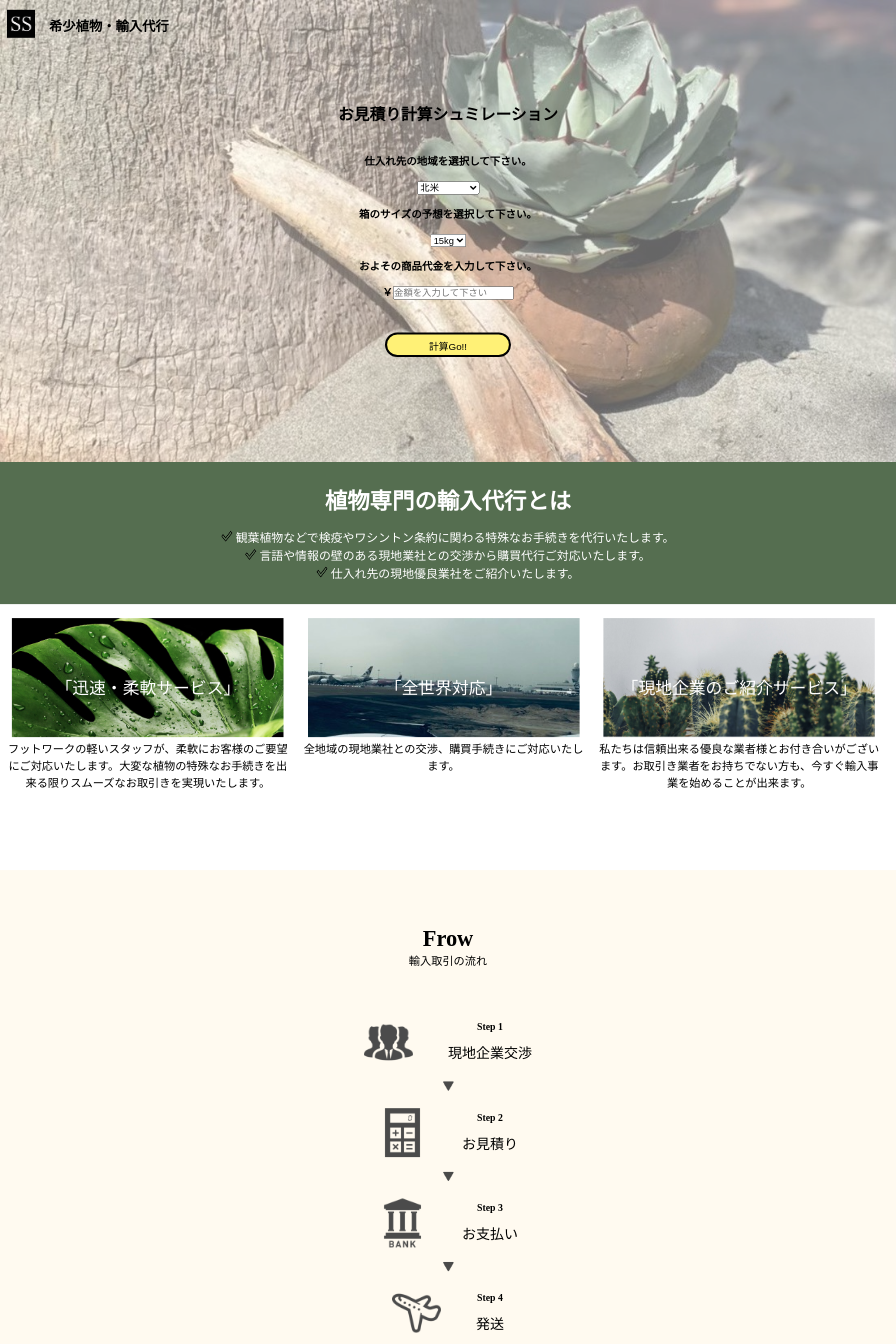
Repository: Seiya00002/seeds-surf-lp
Page: index.html
These files come from the project's save history. The page is drawn as it stood at one moment and after the next save; the edit follows.
The browser window is 1280 px wide. The pictures show the part of the page from y = 0 to 1920 px (the page is 4263 px tall), at 70% of full size.

Above is the page before, as saved 2023-07-19 08:17:41.

### index.html
<!DOCTYPE html>
<html lang="ja">
<head>
    <meta charset="UTF-8">
    <meta http-equiv="X-UA-Compatible" content="IE=edge">
    <meta name="viewport" content="width=device-width, initial-scale=1.0">
    <title>輸入代行SEEDS SURF</title>
    <link rel="stylesheet" href="css/style.css">
</head>
<body>
    <header>
        <div class="header_left">
            <img src="img/sslogo.jpg"
                alt="logo"
                width="40"
                height="40"
                class="logo">
            <h1>希少植物・輸入代行</h1>

        </div>
        <!-- <div class="header_right">
            <img src="img/tel_logo.png"
                alt="tel_logo"
                width="35"
                height="35"
                class="tel_logo">
            <div class="header_contact">
                <h2>090-3048-2693</h2>
                <p>（平日9:00 ~ 18:00）</p>
            </div>
        </div> -->
    </header>

    <main>
        <div class="top_wrapper">
            <div class="container">
                <div class="hero_message">
                    <div class="calculation-app">
                        <h2>お見積り計算シュミレーション</h2>

                            <p>仕入れ先の地域を選択して下さい。</p>
                            <form name="form1">
                                <select name="place">
                                    <option value="1.3">北米</option>
                                    <option value="1.2">ヨーロッパ</option>
                                    <option value="1">アジア</option>
                                </select>
                            </form>

                            <p>箱のサイズの予想を選択して下さい。</p>
                            <form name="form2">
                                <select name="box">
                                    <option value="18350">15kg</option>
                                    <option value="13350">10kg</option>
                                    <option value="8150">5kg</option>
                                </select>
                            </form>
                            <p>およその商品代金を入力して下さい。</p>
                            <label>￥</label><input
                            type="text"
                            id="price"
                            value=""
                            placeholder="金額を入力して下さい"
                            maxlength="7"
                            size="19"
                            ></label>

                            <br>
                            <br>
                            <div class="btn-box">
                                <button id="button">計算Go!!</button>
                            </div>
                    </div>
                </div>
            </div>
        </div>


        <!-- 見積り表 -->
    <div id="estimate_table" class="estimate_wrapper">
        <div class="container">
            <h3>予想お見積り表</h3>
            <table align="center" class="estimate">
                <tr>
                    <th>商品代金</th>
                    <td>¥<span id="span2"></span></td>
                </tr>
                <tr>
                    <th>検疫手数料</th>
                    <td>¥<span id="span3"></span></td>
                </tr>
                <tr>
                    <th>送料</th>
                    <td>¥<span id="span4"></span></td>
                </tr>
                <tr>
                    <th>弊社代行手数料</th>
                    <td>¥<span id="span5"></span></td>
                </tr>
                <tr>
                    <th>海外送金手数料</th>
                    <td>¥<span id="span6"></span></td>
                </tr>
                <tr>
                    <th>税金</th>
                    <td>¥<span id="span7"></span></td>
                </tr>
                <tr>
                  <th class="total">合計</th>
                  <th class="total">¥<span id="span1"></span></th>
              </tr>
            </table>
            <h4>詳しくは下記の「Cost」欄をご覧下さい。</h4>
        </div>
    </div>
        <div class="top_message">
            <div class="container">
                <div class="message">
                    <h1>植物専門の輸入代行とは</h1>
                    <p><img class="check" src="./img/check_icon.png"> 観葉植物などで検疫やワシントン条約に関わる特殊なお手続きを代行いたします。
                        <br><img class="check" src="./img/check_icon.png"> 言語や情報の壁のある現地業社との交渉から購買代行ご対応いたします。
                        <br><img class="check" src="./img/check_icon.png"> 仕入れ先の現地優良業社をご紹介いたします。
                    </p>

                </div>
            </div>
        </div>

        <div class="project_wrapper">
            <div class="container">
                <div class="projects">
                    <div class="project">
                        <div class="project_icon">
                            <img src="img/project_imag1.jpg">
                            <h2>「迅速・柔軟サービス」</h2>
                        </div>
                        <p class="text_contents">フットワークの軽いスタッフが、柔軟にお客様のご要望にご対応いたします。大変な植物の特殊なお手続きを出来る限りスムーズなお取引きを実現いたします。</p>

                    </div>
                    <div class="project">
                        <div class="project_icon">
                            <img src="img/pro_airport.jpg">
                            <h2>「全世界対応」</h2>
                        </div>
                        <p class="text_contents">全地域の現地業社との交渉、購買手続きにご対応いたします。</p>

                    </div>
                    <div class="project">
                        <div class="project_icon">
                            <img src="img/project_img3.jpg">
                            <h2>「現地企業のご紹介サービス」</h2>
                        </div>
                        <p class="text_contents">私たちは信頼出来る優良な業者様とお付き合いがございます。お取引き業者をお持ちでない方も、今すぐ輸入事業を始めることが出来ます。</p>
                    </div>
                        <div class="clear"></div>

                </div>
            </div>
        </div>
        <div class="service_wrapper">
            <div class="container">
                <div class="service_heading">
                    <h1>Frow</h1>
                    <p>輸入取引の流れ</p>
                </div>
                <div class="step">
                    <img src="img/person_img.png"
                    class="step_icon">
                    <div class="step_cont">
                        <h2>Step 1</h2>
                        <p>現地企業交渉</p>
                    </div>
                </div>
                <img src="img/down_img.png" class="step_icon2">

                <div class="step">
                    <img src="img/cal_img.png"
                    class="step_icon">
                    <div class="step_cont">
                        <h2>Step 2</h2>
                        <p>お見積り</p>
                    </div>
                </div>
                <img src="img/down_img.png" class="step_icon2">

                <div class="step">
                    <img src="img/bank_img.png"
                    class="step_icon">
                    <div class="step_cont">
                        <h2>Step 3</h2>
                        <p>お支払い</p>
                    </div>
                </div>
                <img src="img/down_img.png" class="step_icon2">
                <div class="step">
                    <img src="img/airp_imag.png"
                    class="step_icon">
                    <div class="step_cont">
                        <h2>Step 4</h2>
                        <p>発送</p>
                    </div>
                </div>
                <img src="img/down_img.png" class="step_icon2">
                <div class="step">
                    <img src="img/drivery_img.png"
                    class="step_icon">
                    <div class="step_cont">
                        <h2>Step 5</h2>
                        <p>お受取り</p>
                    </div>
                </div>
            </div>
        </div>

        <!-- スライドショー -->
        <div class="slide_wrapper">
            <div id="slide" class="slideshow">
                <p class="disc">SEEDS SURF</p>
                <a class="arrow next" id="right" href="#"></a>
                <a class="arrow back" id="left" href="#"></a>
            </div>
        </div>

        <div class="cost_wrapper">
            <div class="container">
                <div class="cost_heading">
                    <h1>Cost</h1>
                    <p>料金について</p>
                </div>
                <div class="cost_cont">
                    <div class="list01">
                        <p>商品代金</p>
                    </div>
                    <div class="list01">
                        <p>検疫手数料</p>
                    </div>
                    <div class="list01">
                        <p>輸送費用</p>
                    </div>
                    <div class="list02">
                        <p>税金</p>
                    </div>
                    <div class="list02">
                        <p>振込手数料</p>
                    </div>
                    <div class="list02">
                        <p>輸入代行手数料</p>
                    </div>
                    <!-- <div class="clear"></div> -->
                </div>
                <div class="cost_message">
                    <h1>総額を確認してから、ご依頼をお決めいただけます。</h1>
                    <p>SEEDS SURFでの過去の取引よりお見積り例をご案内できますので、まずはお気軽にご相談下さい。</p>
                </div>
            </div>
        </div>
        <div class="contact_wrapper">
            <div class="container">
                <h1>ご不明な点はありますか？</h1>
                <p>些細なことでも構いません。まずはお問い合わせください。</p>
                <a href="https://seeds-surf.com/%e3%81%8a%e5%95%8f%e3%81%84%e5%90%88%e3%82%8f%e3%81%9b/" class="btn contact">お問い合わせはこちら</a>
                <!-- <h2>TEL : 090-3048-2693</h2> -->
                <!-- <p>メールフォームよりお問い合わせ下さい。<br>営業時間：平日10：00〜19：00</p> -->
            </div>
        </div>
        <div class="company_wrapper">
            <div class="container">
                <h1>Company</h1>
                <p>会社概要</p>
                <table align="center" class="company">
                    <tr>
                        <th>会社名</th>
                        <td>SEEDS SURF（シーズサーフ）</td>
                    </tr>
                    <tr>
                        <th>所在地</th>
                        <td>〒156-0055 東京都世田谷区船橋2-5-7-211</td>
                    </tr>
                    <tr>
                        <th>電話番号</th>
                        <td>090-3048-2693</td>
                    </tr>
                    <tr>
                        <th>代表者</th>
                        <td>松本　聖矢</td>
                    </tr>
                    <tr>
                        <th>設立</th>
                        <td>2019年3月</td>
                    </tr>
                </table>
            </div>
        </div>


    </main>

    <footer>
        <div class="container">
                <img src="img/sslogo.jpg"
                    alt="logo"
                    width="40"
                    height="40"
                    class="logo">
                <h1>SEEDS SURF</h1>
                <p>〒156-0055 東京都世田谷区船橋2-5-7-211</p>
                <hr color="gray">
                <small>(c) SEEDS SURF All right reserved</small>
        </div>
    </footer>

    <script src="./app.js"></script>
</body>
</html>

### css/style.css
/* all */
*{
    box-sizing: border-box;
    margin: 0;
    padding: 0;
}

h1 {
    font-family: 'Times New Roman', Times, serif;

}

h2 ,h3 ,p {
    font-family: 'Hiragino Sans';

}
/* header */

header {
    height: 70px;
    display: flex;
    align-items: center;
    position: absolute;
}

.header_left {
    display: flex;
}

.header_right {
    display: flex;
    margin: 0 0 0 auto;
}

.logo {
    margin: 10px 10px;
}

.tel_logo {
    margin: 20px 10px;
}

header h1 {
    font-size: 19px;
    padding: 18px 10px;
}

header h2 {
    font-size: 21px;
    padding: 15px 10px 0 0;
}

header p {
    padding-bottom: 10px;
}
.container {
    text-align: center;
    width: 100%;
}

/* main */

/* top */
.top_wrapper {
    background-image: url(../img/cream-spike.jpg);
    color: white;
    background-size: cover;
    width: 100%;
    height: auto;
}

.hero_message {
    font-size: 15px;
    color: black;
    height: 660px;
    min-width:100%;
    font-weight: bold;
    display: flex;
    justify-content: center;
    align-items: center;
    line-height: 2.5em;
    background: rgb(255, 255, 255,0.4);
}
.hero_message h2 {
    padding-bottom: 30px;
}

.top_message {
    background-color: rgb(85, 110, 80);
    color: white;
    padding: 30px 0;
}

.top_message p {
    padding-top: 20px;
    font-size: 17px;
    line-height: 1.6rem;
}

.check {
    width: 16px;
    height: 16px;
}

/* project_wrapper */
.project_wrapper {
    margin-bottom: 80px;
}

.project {
    float: left;
    width: 33%;
    padding: 20px 10px 20px 10px;
    height: 300px;

}

.project_icon {
    position: relative;

}

.project_icon h2 {
    position: absolute;
    top: 80px;
    width: 100%;
    color: white;
    font-weight: normal;

}

/* 要修正 */

@media (max-width: 1000px) {
    .project {
        width: 50%;
    }
}

@media (max-width: 670px) {
    .project {
        width: 100%;
    }
}

.clear {
    clear: left;
}

/* service_wrapper */
.service_wrapper {
    background-color: #fffaf0;
    padding: 80px 0;
}

.service_heading {
padding-bottom: 50px;
}

.step {
    display: flex;
    justify-content: center;
    align-items: center;
    padding: 20px 0;

}

.step_cont {
    padding-left: 50px;
}

.step_icon {
    width: 70px;
    height: 70px;

}

.step_icon2 {
    width: 15px;
    height: 15px;

}

.step h2 {
    font-size: 14px;
}

.step p {
    font-size: 20px;
    padding-top: 13px;
}

/* cost_wrapper */
.cost_wrapper {
    padding: 80px 0;
}

.cost_cont {
    padding-top: 50px;
    width: 650px;
    margin: 0 auto;
    flex-wrap: wrap;
    display: flex;

}


.list01 {
    background-color: black;
    width: 180px;
    height: 50px;
    color: white;
    margin: 20px 15px;
    justify-content: center;
    padding-top: 12px;

}

.list02 {
    background-color: black;
    width: 180px;
    height: 50px;
    color: white;
    margin: 20px 15px;
    justify-content: center;
    padding-top: 12px;


}

@media (max-width: 670px) {
    .cost_cont h2 {
        width: 50%;
    }
}

/* contact_wrapper */
.contact_wrapper {
    background-image: url(../img/sky&office_img.jpeg);
    padding: 80px 0;
    background-size: cover;
    text-shadow: 6px 6px 10px white, -6px -6px 10px white;
    font-weight: 530;
}


.contact_wrapper p {
    padding:8px 0 35px 0;
}

.btn {
    width: 180px;
    height: 35px;
    padding: 13px;
    font-size: 14px;
    color: black;
    background-color:#fff176;
    border: black solid;
    border-radius: 24px;
    user-select: none;
    cursor: pointer;
    text-decoration: none;
}

.btn:hover {
    opacity: .7;
}

.contact_wrapper h2 {
    padding-top: 35px;
}

/* company_wrapper */
.company_wrapper {
    padding: 80px 0;
    background-color: #fffaf0;

}

.company_wrapper p {
    padding-bottom: 20px;
}

table.company {
    border-collapse: collapse;
    width: 600px;
    background-color: white;
    margin: auto;
}

th, td {
    border: solid 1px #333;
    padding: 20px;
}

.company th,td {
    text-align: left;
}


/* footer */

footer {
    background-color: rgb(85, 110, 80);
    color: black;
    padding-bottom: 10px;

}

footer h1 {
    font-size: 17px;
}

footer p {
    font-size: 12px;
    padding-bottom: 10px;
}
small {
    font-size: 7px;

}


/* slideshow 追加 */
.slide_wrapper{
    max-width: 1200px;
    height: 600px;
    margin: auto;
    text-align: center;
}
/*画像配置*/
.slideshow{
    max-width: 100%;
    height: 100%;
    background-image: url(../img/import-img1.jpg);
    background-repeat: no-repeat;
    background-size: cover;
    background-position: 0% 50%;/*左 中央のよせ*/
}
/*文字*/
.disc{
    margin: auto;
    text-align: center;
    font-size: 3em;
    color: #ffffff;
    font-weight: 800;
    padding-top:5%;
}
/*>*/
.next{
    float: right;
    top: 160px;
    right: 50px;
}
/*<*/
.back{
    float: left;
    top: 160px;
    bottom: 0px;
    left: 30px;
}
/*矢印のデザイン*/
.arrow{
    position: relative;
    display: inline-block;
    padding: 0 0 0 16px;
    color: #000;
    vertical-align: middle;
    text-decoration: none;
    font-size: 15px;
}
.arrow::before,
.arrow::after{
    position: absolute;
    top: 0;
    bottom: 0;
    left: 0;
    margin: auto;
    content: "";
    vertical-align: middle;
}

.next::before{
    left: 0px;
    width: 30px;
    height: 30px;
    border-top: 5px solid rgb(255, 255, 255);
    border-right: 5px solid rgb(255, 255, 255);
    -webkit-transform: rotate(45deg);
    transform: rotate(45deg);
}
.back::before{
    left: 0px;
    width: 30px;
    height: 30px;
    border-bottom: 5px solid rgb(255, 255, 255);
    border-left: 5px solid rgb(255, 255, 255);
    -webkit-transform: rotate(45deg);
    transform: rotate(45deg);
}
/* CSSアニメーションの指定 */
.slideshow{
    transition: background-image 1s ease-in;
}

/* 計算シュミレーション追加 */
.btn-box button {
    width: 180px;
    height: 35px;
    padding: 6px;
    font-size: 14px;
    color: black;
    background-color:#fff176;
    border: black solid;
    border-radius: 24px;
    user-select: none;
    cursor: pointer;
  }

  .btn-box button:hover {
    opacity: .7;
  }


/* 見積り表追加 */
.estimate_wrapper {
    display: none;
    background-color: #fffaf0;
    padding: 40px 0;
}
.estimate_wrapper h3 {
    padding-bottom: 20px;
}
.estimate_wrapper h4 {
    padding-top: 20px;
}

table.estimate {
    border-collapse: collapse;
    width: 450px;
    background-color: white;
    margin: auto;
}

.estimate th{
    padding: 15px 20px;
    text-align: center;
}

.estimate td{
    text-align: center;
}

th.total {
    background: rgb(224, 224, 224);
}

.estimate_wrapper.appear {
    display: block;
    animation: .5s fadeIn;
  }

  @keyframes fadeIn {
    0% {
      opacity: 0;
      transform: translateY(-10px);
    }
    100% {
      opacity: 1;
      transform: none;
    }
  }



/*
@media screen and (max-width:768px) {
  .slide-pic{
    height: 250px;
  }
    .disc{
        padding-top:5%;
    }
    .next{
        top: 30px;
    }
    .back{
        top: 30px;
    }
} */

### app.js
// スライドショー機能
window.onload =
function (){

    let images = [
        'url(./img/import-img1.jpg)',
        'url(./img/import-img2.jpg)',
        'url(./img/import-img3.jpg)'
    ]

    let target = document.querySelector('#slide');
    let right = document.querySelector('#right');
    let left = document.querySelector('#left');

    // 画像カウンター表示
    let count = 0;

    function change(){
        target.style.backgroundImage = images[count];
        if( count == 2){
            count = 0;
        } else {
            count++;
        }
    }

    function goNext(event) {
        event.preventDefault();
        change();
    }

    function goBack(event) {
        event.preventDefault();
        if( count == 0){
            count = 2;
        } else {
            count--;
        } change();
    }

    right.addEventListener( 'click', goNext, false);
    left.addEventListener( 'click', goBack, false);


setInterval(change, 3000);


// 計算シュミレーションapp

let button = document.getElementById("button");
button.onclick = clickBtn1;

function clickBtn1(){

    const place = document.form1.place;
    const box = document.form2.box;
    const price = document.getElementById('price');

    // 値(数値)を取得
    const num = place.selectedIndex;
    const boxnum = box.selectedIndex;
    console.log(boxnum);

    // 値(数値)から値(value値)を取得
    let region = place.options[num].value;
    let boxPrice = box.options[boxnum].value;
    let plantsPriceString = price.value;

    let plantsPrice = parseInt(plantsPriceString, 10); // plantsPriceStringを数値に変換

    const phyto = 10000;
    let argent = plantsPrice * 0.2;
    let boxCalc = boxPrice*region

    let boxPriceValue = parseInt(boxCalc, 10);

    let sendingMoneyNum = (plantsPrice + boxPriceValue) * 0.0073;
    let sendingMoney = Math.round(sendingMoneyNum);
    let tax = plantsPrice * 0.07;

    let taxValue = parseInt(tax, 10);
    let sendingMoneyNumValue = parseInt(sendingMoney, 10);


    let estimateNum = ( region * boxPrice) + (plantsPrice *0.2) + phyto + plantsPrice + sendingMoneyNumValue + taxValue;
    let plantsValue = plantsPrice.toLocaleString();
    let phytoFee = phyto.toLocaleString();
    let boxFee = boxPriceValue.toLocaleString();
    let argentFee = argent.toLocaleString();
    let sendingMoneyFee = sendingMoney.toLocaleString();
    let taxFee = tax.toLocaleString();
    let estimate = estimateNum.toLocaleString();

    document.getElementById("span1").textContent = estimate;
    document.getElementById("span2").textContent = plantsValue;
    document.getElementById("span3").textContent = phytoFee;
    document.getElementById("span4").textContent = boxFee;
    document.getElementById("span5").textContent = argentFee;
    document.getElementById("span6").textContent = sendingMoneyFee;
    document.getElementById("span7").textContent = taxFee;

  }

// 見積り表示切り替え

const btn = document.getElementById('button')
btn.addEventListener('click', () => {
    const estimate_table = document.getElementById('estimate_table');
    const priceForm = document.getElementById('price');

    if(priceForm.value ===''){
        window.alert('金額を入力して下さい。');
    } else {

    estimate_table.classList.toggle('appear');

    }

    if (btn.textContent == "計算Go!!") {
      btn.textContent = "閉じる";
    } else {
      btn.textContent = "計算Go!!";
    }
  });

};

After the next save:
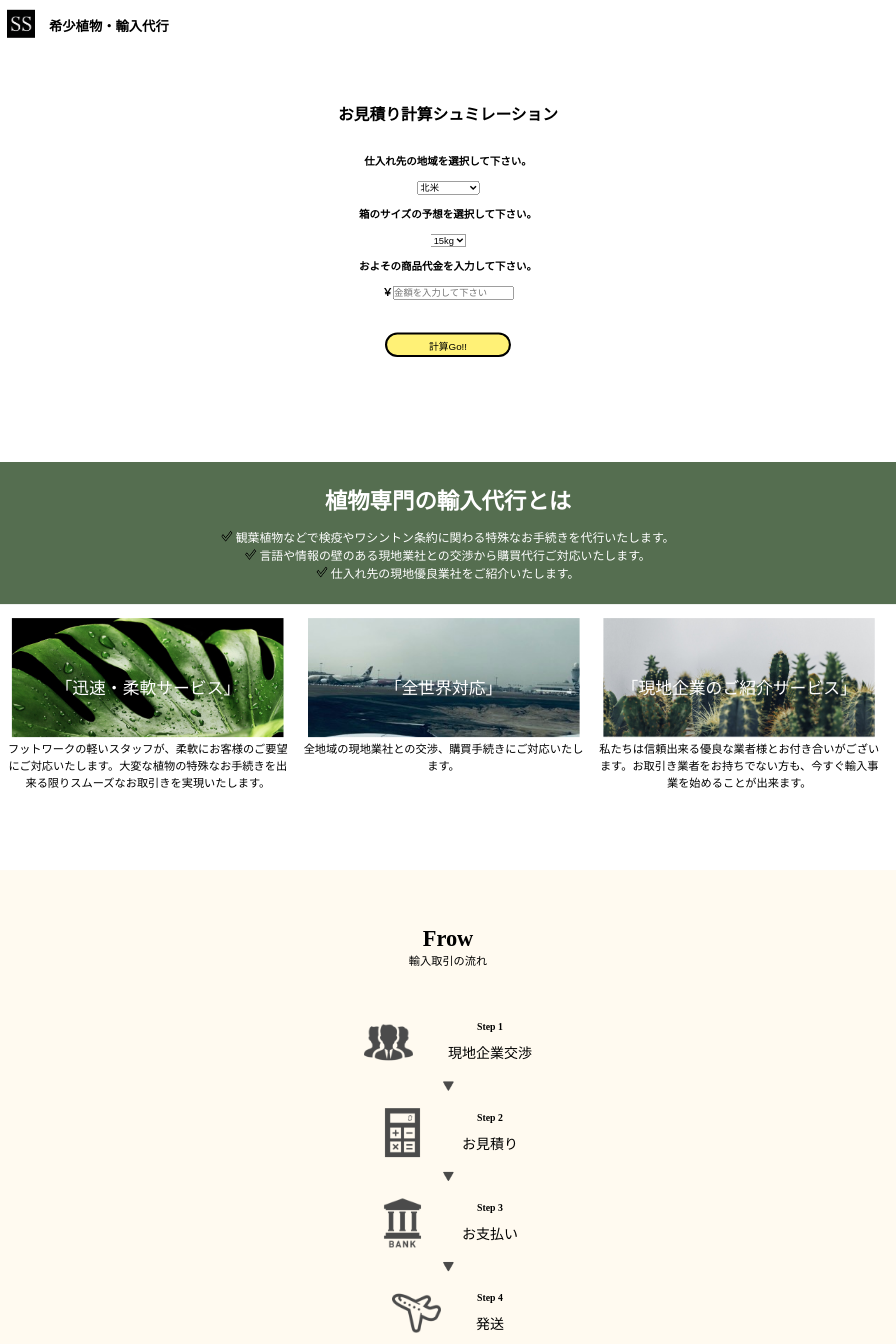
Saved 3 min 8 s later.
--- a/css/style.css
+++ b/css/style.css
@@ -62,7 +62,6 @@ header p {
 
 /* top */
 .top_wrapper {
-    background-image: url(../img/cream-spike.jpg);
     color: white;
     background-size: cover;
     width: 100%;
@@ -70,6 +69,8 @@ header p {
 }
 
 .hero_message {
+    background-image: url(../img/cream-spike.jpg);
+
     font-size: 15px;
     color: black;
     height: 660px;
